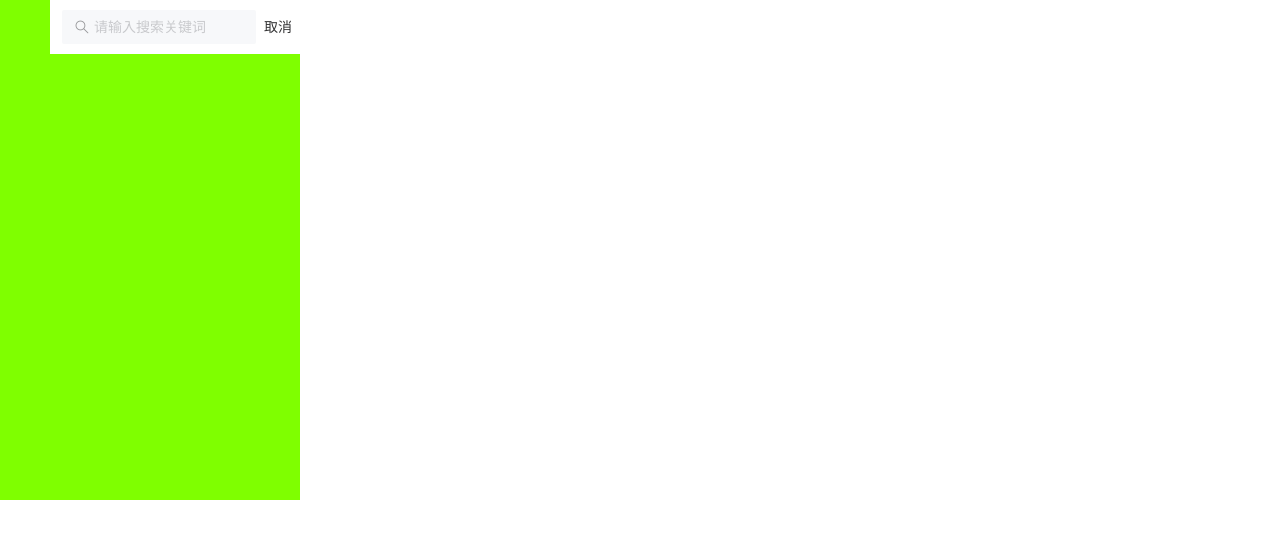
Repository: liyang777777/shangcheng
Page: /
An editor plug-in stored every save of this project. The page is shown before and after the next save, followed by the edit.
The browser window is 1280 px wide. The pictures show the whole page.
The page's requests for data from a server got no answer. The project was rebuilt for these pictures with package versions that can differ from the ones it lists, and the page was loaded fresh each time. No one was signed in, and anything a server would have sent is missing. Also part of the build but not shown: vue.config.js. Imported but missing from the stored project, and not drawn on this page: src/views/About.

Above is the page before, as saved 2020-06-22 17:33:07.

### src/main.js
import Vue from 'vue';
import App from './App.vue';
import router from './router';
import store from './store';
import Vant from 'vant';
import 'vant/lib/index.css';
import api from '../src/http/api'
import { Form } from 'vant';
import { Search } from 'vant';
import { Swipe, SwipeItem } from 'vant';
import { Image as VanImage } from 'vant';

Vue.config.productionTip = false
Vue.use(Vant);
Vue.prototype.$api = api
Vue.use(Form);
Vue.use(Search);
Vue.use(Swipe);
Vue.use(SwipeItem);
Vue.use(VanImage);
new Vue({
  router,
  store,
  render: h => h(App)
}).$mount('#app')

### src/App.vue
<template>
  <div id="app">

    <router-view/>
  </div>
</template>

<style lang="scss">

</style>

### src/router/index.js
import Vue from 'vue'
import VueRouter from 'vue-router'
import Home from '../views/Home.vue'


Vue.use(VueRouter)

  const routes = [
  {
    path: '/',
    name: 'Home',
    component: Home
  },
  {
    path: '/about',
    name: 'About',

    component: () => import('../views/About')
  },
  {
    path: '/details',
    name: 'Details',

    component: () => import('../views/details/Details')
  },
  {
    path: '/login',
    name: 'Login',

    component: () => import('../views/login/Login')
  }
]

const router = new VueRouter({
  mode: 'history',
  base: process.env.BASE_URL,
  routes
})

export default router

### src/store/index.js
import Vue from 'vue'
import Vuex from 'vuex'

Vue.use(Vuex)

export default new Vuex.Store({
  state: {
    slides: [],
    category: []
  },
  mutations: {
    setSlides(state,data) {
      state.slides = data
    },
    setCategory(state,data) {
      state.category = data
    }
  },
  actions: {
  },
  modules: {
  }
})

### src/http/api.js
import service from './index'

export default {
    // login(params) {
    //     return service.post('/user/login',params)
    // },
    // 获取首页数据
    getDataHome() {
        return service.get('/recommend')
    },
    // 搜索
    getDataSearch(value) {
        return service.get('/search')
    },
    // 分类查询
    getDataQuery(id) {
        return service.get('/classification?mallSubId=${id}')
    },
    // 查询获取购物车数据
    getDataCart() {
        return service.get('/getCard')
    },
    // 单个商品详情
    getDataSingle() {
        return service.get('/goods/one?id=${id}')
    },
    //  查询用户订单数量
    getDataUser() {
        return service.get('/myOrder/orderNum')
    },
    //  获取登录注册默认验证码
    getDataCode() {
        return service.get('/v1/verify')
    },
    // 查询用户收货地址
    getDataCustomer() {
        return service.get('/getAddress')
    },
    // 查询默认收货地址
    getDataDefault() {
        return service.get('/getDefaultAddress')
    },
    // 查询我的收藏
    getDataCollection() {
        return service.get('/collection/list')
    },
    // 订单查询
    getDataOrquery() {
        return service.get('/getMyOrder')
    },
    // 查询已评价
    getDataEvaluated() {
        return service.get('/alreadyEvaluated')
    },
    // 查询未评价
    getDataNotEvaluated() {
        return service.get('/tobeEvaluated')
    },
    // 购物车加减商品
    getEditCart(count, id, mallPrice) {
        return service.post('/editCart', {
            count,
            id,
            mallPrice
        })
    },
    // 购物车商品删除
    getDeleteShop(id) {
        return service.post('/deleteShop', {
            id
        })
    },
    // 购物车支付页面
    getder(address, tel, orderld, totalPrice, idDirect, count) {
        return service.post('/order', {
            address,
            tel,
            orderld,
            totalPrice,
            idDirect,
            count
        })
    },
    // 收藏单个商品
    getCollection(goods) {
        return service.post('/collection', {
            goods
        })
    },
    // 取消收藏
    getCancelCollection(id) {
        return service.post('/cancelCollection', {
            id
        })
    },
    // 查询商品是否已收藏
    getIsCollection(id) {
        return service.post('/isCollection', {
            id
        })
    },
    // 加入购物车
    getAddShop(id) {
        return service.post('/addShop', {
            id
        })
    },
// 退出登录
    getLoginOut() {
        return service.post('/loginOut')
    },
    // 获取用户信息
    getQueryUser() {
        return service.post('/queryUser')
    },
    // 修改保存用户信息
    getSaveUser() {
        return service.post('/saveUser', {
            year,
            month,
            day,
            id,
            nickname
        })
    },
    // 商品评论
    getGoodsOne() {
        return service.post('/goodsOne/comment', {
            id,
            rate,
            content,
            anonymous,
            _id,
            order_id,
            image
        })
    },
    // 设置默认收货地址
    getSetDefaultAddress() {
        return service.post('/setDefaultAddress',{
            id
        })
    },
    // 增加收货地址
    getName() {
        return service.post('/address', {
            name,
            tel,
            address,
            isDefault,
            province,
            city,
            county,
            addressDetail,
            areaCode,
            id
        })
    },
    // 删除地址
    getDeleteAddress() {
        return service.post('/deleteAddress',{
            id
        })
    },
    // 注册
    getRegister() {
        return service.post('/register',{
            nickname,
            password,
            verify
        })
    },
    // 登录
    getLogin() {
        return service.post('/login',{
            nickname,
            password,
            verify
        })
    },
    // 查询单条评论
    getEluateOne() {
        return service.post('/evaluateOne',{
            id,
            _id
        })
    }
}

### src/views/Home.vue
<template>
  <div class="All">
    <div>
      <Nav></Nav>
    </div>
    <div>
      <Roc></Roc>
    </div>
  </div>
</template>

<script>
import axios from "axios";
import Nav from "../components/Nav";
import Roc from "../components/Roc";
export default {
  name: "",
  props: {},
  components: {
    Nav,
    Roc
  },
  data() {
    return {};
  },
  methods: {},
  mounted() {
    this.$api
      .getDataHome()
      .then(res => {
        this.$store.commit("setSlides", res.data.slides);
        console.log(res.data);
      })
      .catch(err => {
        console.log(err);
      });
  },
  watch: {},
  computed: {}
};
</script>

<style scoped lang='scss'>
.All {
  width: 300px;
  height: 500px;
  background: chartreuse;
}
</style>

### src/http/index.js
import axios from 'axios'
const service = axios.create({
    baseURL: '/api',
    timeout: 10000
})


service.interceptors.response.use( res => {
    return res.data
})


export default service

### src/components/Nav.vue
<template>
<!-- 顶部 -->
  <div class="content">
    <div class="box1">
      <form action="/" class="box2">
        <van-search
          v-model="value"
          show-action
          placeholder="请输入搜索关键词"
          @search="onSearch"
          @cancel="onCancel"
        />
      </form>
    </div>
  </div>
</template>

<script>
import { Toast } from "vant";
export default {
  name: "",
  props: {},
  components: {},
  data() {
    return {
          value: ""
    };
  },
  methods: {
       onSearch(val) {
      Toast(val);
    },
    onCancel() {
      Toast("搜索");
    }
  },
  mounted() {},
  watch: {},
  computed: {}
};
</script>

<style scoped lang='scss'>
.box2 {
  width: 250px;
  height: 25px;
  margin-left: 50px;
  font-size: 18px;
}
</style>

### src/components/Roc.vue
<template>
<!-- 轮播图 -->
  <div class="box">
    <van-swipe :autoplay="3000">
      <van-swipe-item v-for="(item, index) in slides" :key="index">
        <img v-lazy="item.image" class="img">
      </van-swipe-item>
    </van-swipe>
  </div>
</template>

<script>
import Vue from "vue";
import { Lazyload } from "vant";
Vue.use(Lazyload);

export default {
  name: "",
  props: {

  },
  components: {},
  data() {
    return {

    };
  },
  methods: {},
  mounted() {},
  watch: {},
  computed: {
    slides() {
      return this.$store.state.slides;
    }
  }
};
</script>

<style scoped lang='scss'>
.img {
    width: 250px;
    height: 200px;
    margin-left: 60px;
    margin-top: 30px;

}
</style>

Loaded but not shown: public/index.html (common file)

After the next save:
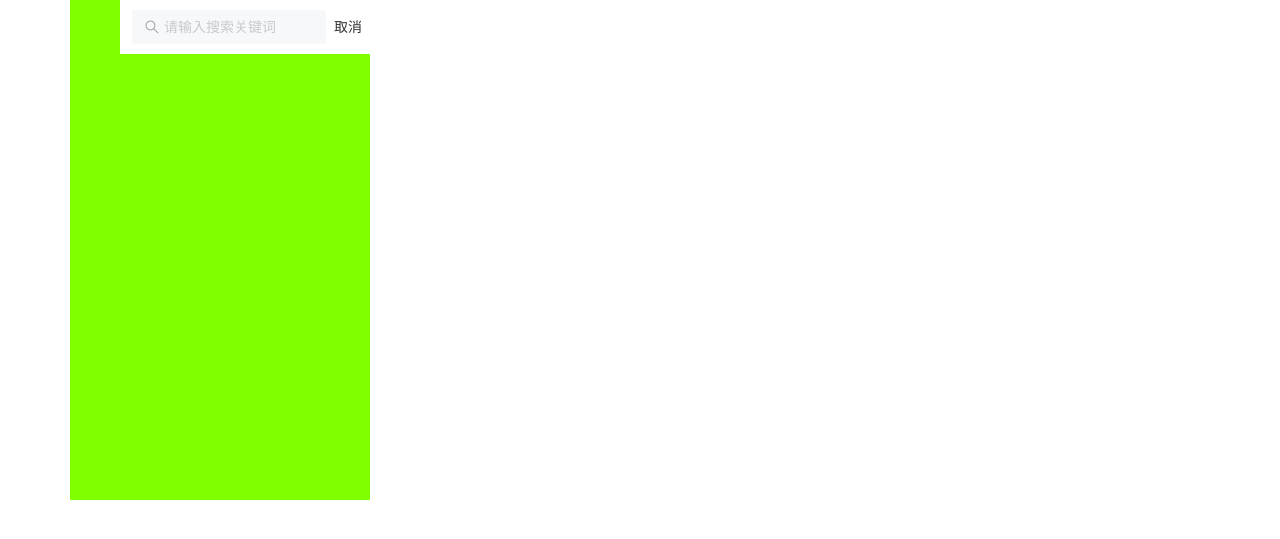
Saved 38 s later.
--- a/src/views/Home.vue
+++ b/src/views/Home.vue
@@ -45,5 +45,6 @@ export default {
   width: 300px;
   height: 500px;
   background: chartreuse;
+  margin-left: 70px;
 }
 </style>
